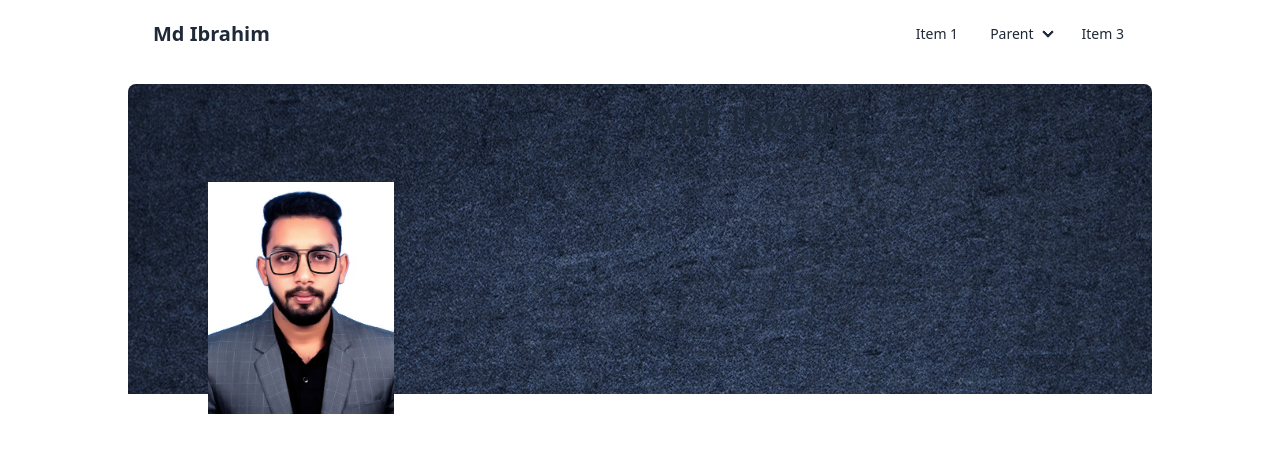
Repository: mdrubel02/portfilo
Page: /
These files come from the project's save history. The page is drawn as it stood at one moment and after the next save; the edit follows.
The browser window is 1280 px wide. The pictures show the whole page.
The project was rebuilt for these pictures with package versions that can differ from the ones it lists, and the page was loaded fresh each time. Also part of the build but not shown: vite.config.js.

Above is the page before, as saved 2023-06-25 13:54:05.

After the next save:
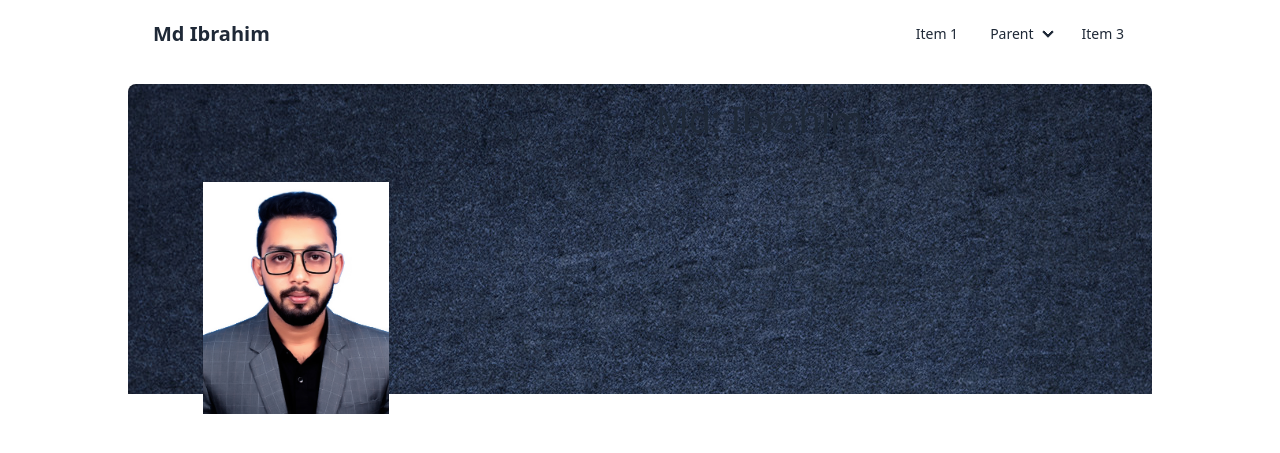
Saved 14 s later.
--- a/src/Pages/Home/Home.jsx
+++ b/src/Pages/Home/Home.jsx
@@ -11,7 +11,7 @@ const Home = () => {
             className='lg:h-[310px] max-[600px]:h-[450px relative rounded-t-lg'>
                     <div className='lg:flex mt-4'>
                         <div className='lg:w-1/2 flex justify-center items-center '>
-                            <img className=' lg:h-3/4 max-[600px]:h-60 lg:absolute lg:bottom-[-20px] lg:left-[80px] mt-9 ' src={profile} alt="profile" />
+                            <img className=' lg:h-3/4 max-[600px]:h-60 lg:absolute lg:bottom-[-20px] lg:left-[75px] mt-9 ' src={profile} alt="profile" />
                         </div>
                         <div className='lg:w-1/2 flex justify-start items-center'>
                             <div className='p-4 '>
